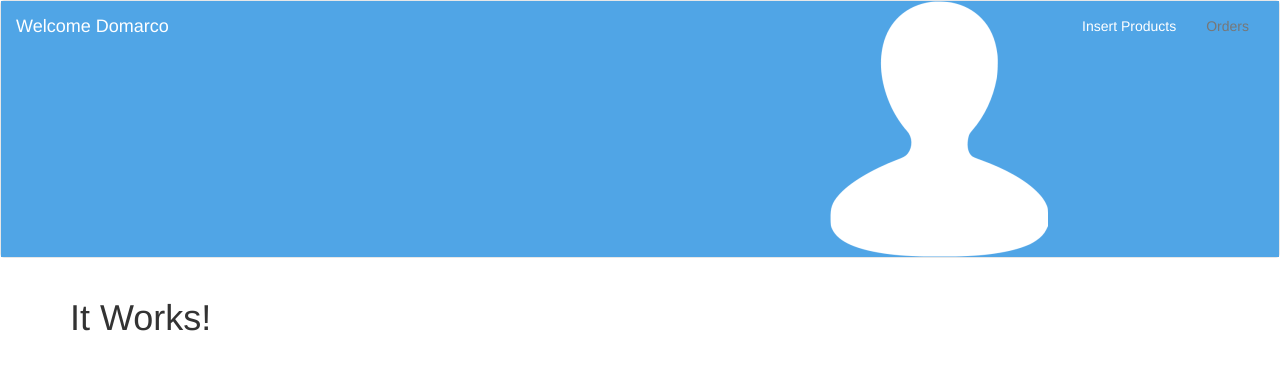
Repository: PrestasiBengis/PBO2-FinalProject
Page: http://localhost/FinalProject_-_Sistem_SKKM/MainFrame.jsp
An editor plug-in stored every save of this project. The page is shown before and after the next save, followed by the edit.
The browser window is 1280 px wide. The pictures show the whole page.
The page is served by Tomcat 9. Other server files are loaded and not shown.

Above is the page before, as saved 2015-05-22 10:26:33.

### FinalProject - Sistem SKKM/WebContent/MainFrame.jsp
<%@ page language="java" contentType="text/html; charset=ISO-8859-1"
    pageEncoding="ISO-8859-1"%>
<%@ page import = "com.fantastic5.skkmprogram.*" %>


<!DOCTYPE html PUBLIC "-//W3C//DTD HTML 4.01 Transitional//EN" "http://www.w3.org/TR/html4/loose.dtd">
<html lang="en">
  <head>
    <meta charset="utf-8">
    <meta http-equiv="X-UA-Compatible" content="IE=edge">
    <meta name="viewport" content="width=device-width, initial-scale=1">
    <!-- The above 3 meta tags *must* come first in the head; any other head content must come *after* these tags -->
    <title>Products - IF532 JSP</title>

    <!-- Bootstrap -->
    <link href="css/bootstrap.min.css" rel="stylesheet">
	<link href="css/dataTables.bootstrap.css" rel="stylesheet">

    <!-- HTML5 shim and Respond.js for IE8 support of HTML5 elements and media queries -->
    <!-- WARNING: Respond.js doesn't work if you view the page via file:// -->
    <!--[if lt IE 9]>
      <script src="https://oss.maxcdn.com/html5shiv/3.7.2/html5shiv.min.js"></script>
      <script src="https://oss.maxcdn.com/respond/1.4.2/respond.min.js"></script>
    <![endif]-->

	<!-- jQuery (necessary for Bootstrap's JavaScript plugins) -->
    <script src="js/jquery-1.11.3.min.js"></script>
    <!-- Include all compiled plugins (below), or include individual files as needed -->
    <script src="js/bootstrap.min.js"></script>
	<script src="js/jquery.dataTables.min.js"></script>
	<script src="js/dataTables.bootstrap.js"></script>

	<style type="text/css">
		body { font-size: 140%; }

		#header{
			background: #50A5E6;
			color: #fff;
		}
	</style>



  </head>

  <body>
	<nav class="navbar navbar-default">
		<div class="container-fluid" id="header">
			<!-- Brand and toggle get grouped for better mobile display -->
			<div class="navbar-header">
			  <button type="button" class="navbar-toggle collapsed" data-toggle="collapse" data-target="#bs-example-navbar-collapse-1">
				<span class="sr-only">Toggle navigation</span>
				<span class="icon-bar"></span>
				<span class="icon-bar"></span>
				<span class="icon-bar"></span>
			  </button>
			  <a class="navbar-brand" href="#" style="color: white;">Welcome Domarco</a>
			</div>

			<!-- Collect the nav links, forms, and other content for toggling -->
			<div class="collapse navbar-collapse" id="bs-example-navbar-collapse-1" >
			  <ul class="nav navbar-nav navbar-right" >
				<li class="active"><img src="./icon/contacts.png"> </li>
				<li><a href="insertProducts.jsp" style="color: white;">Insert Products</a></li>
				<li><a href="orders.jsp" >Orders<span class="sr-only">(current)</span></a></li>
			  </ul>
			</div><!-- /.navbar-collapse -->
		</div><!-- /.container-fluid -->
	</nav>

	<script type="text/javascript">
		$(document).ready(function() {
			$('#example').dataTable();
		} );
	</script>

	<div class="container">

		<h1> It Works!</h1>
	</div>


  </body>
</html>

Loaded but not shown: FinalProject - Sistem SKKM/WebContent/css/bootstrap.min.css (library); FinalProject - Sistem SKKM/WebContent/css/dataTables.bootstrap.css (common file); FinalProject - Sistem SKKM/WebContent/js/jquery-1.11.3.min.js (library); FinalProject - Sistem SKKM/WebContent/js/bootstrap.min.js (library); FinalProject - Sistem SKKM/WebContent/js/jquery.dataTables.min.js (library); FinalProject - Sistem SKKM/WebContent/js/dataTables.bootstrap.js (common file)

After the next save:
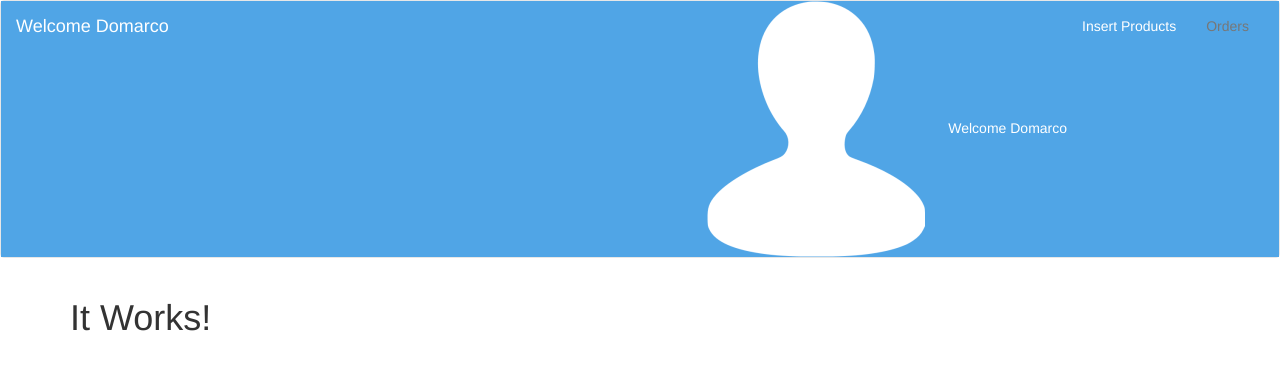
Saved 35 s later.
--- a/FinalProject - Sistem SKKM/WebContent/MainFrame.jsp
+++ b/FinalProject - Sistem SKKM/WebContent/MainFrame.jsp
@@ -60,9 +60,9 @@
 			<!-- Collect the nav links, forms, and other content for toggling -->
 			<div class="collapse navbar-collapse" id="bs-example-navbar-collapse-1" >
 			  <ul class="nav navbar-nav navbar-right" >
-				<li class="active"><img src="./icon/contacts.png"> </li>
-				<li><a href="insertProducts.jsp" style="color: white;">Insert Products</a></li>
-				<li><a href="orders.jsp" >Orders<span class="sr-only">(current)</span></a></li>
+				<li class="active"><img src="./icon/contacts.png"> Welcome Domarco</li>
+				<li><a href="#" style="color: white;">Insert Products</a></li>
+				<li><a href="#" >Orders<span class="sr-only">(current)</span></a></li>
 			  </ul>
 			</div><!-- /.navbar-collapse -->
 		</div><!-- /.container-fluid -->
